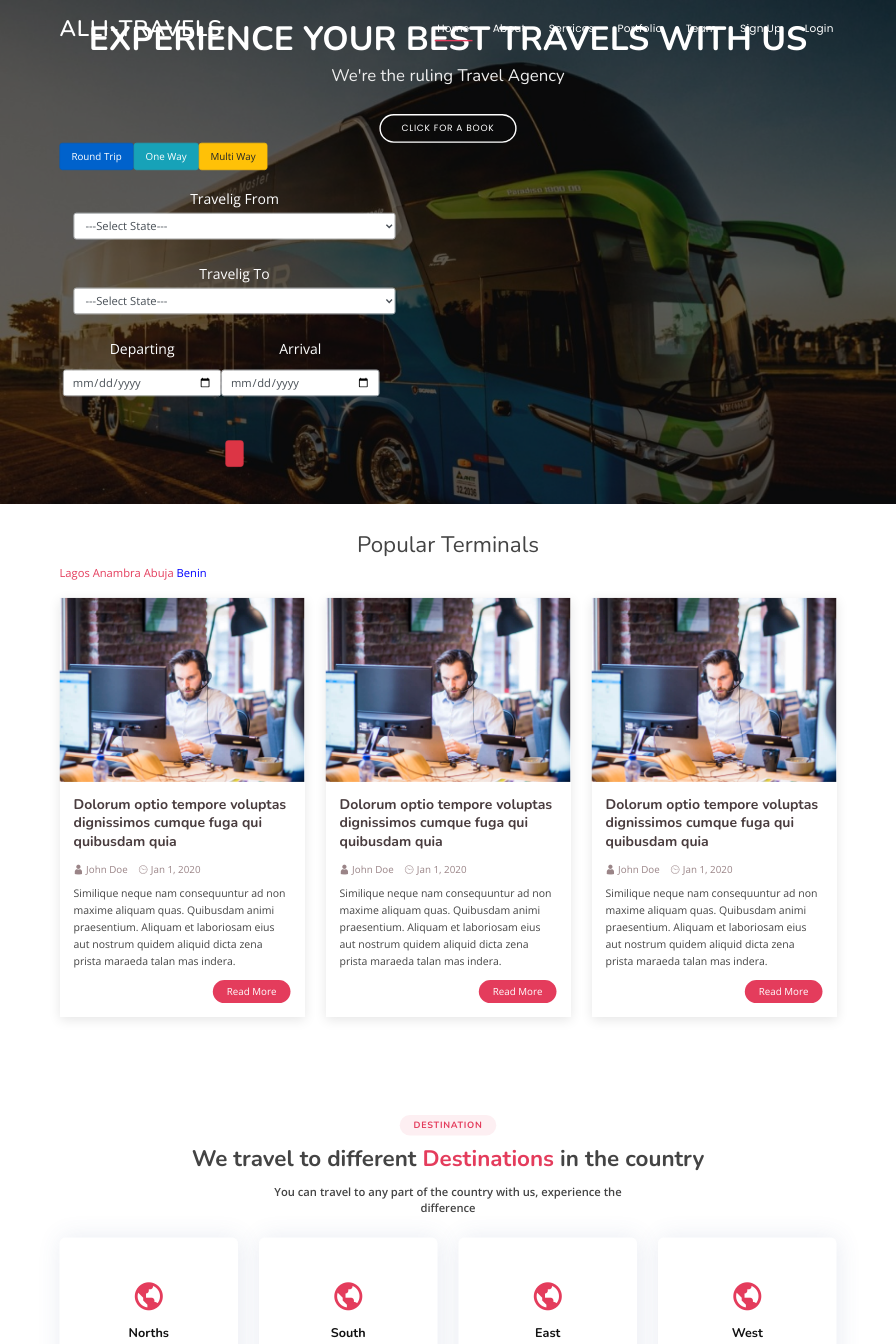
Repository: yazshrilld/Transport_Booking_system
Page: http://localhost/Transport_Project/admin/index.php
An editor plug-in stored every save of this project. The page is shown before and after a run of saves, followed by the edit.
The browser window is 1280 px wide. The pictures show the part of the page from y = 0 to 1920 px (the page is 7328 px tall), at 70% of full size.
Backgrounds fixed to the window are drawn as part of the page. The page is run by PHP 8.4 with error messages shown; the project is at /var/www/html/. The database holds what the project's SQL file puts in it.

Above is the page before, as saved 2021-01-24 02:39:13.

After the next 6 saves:
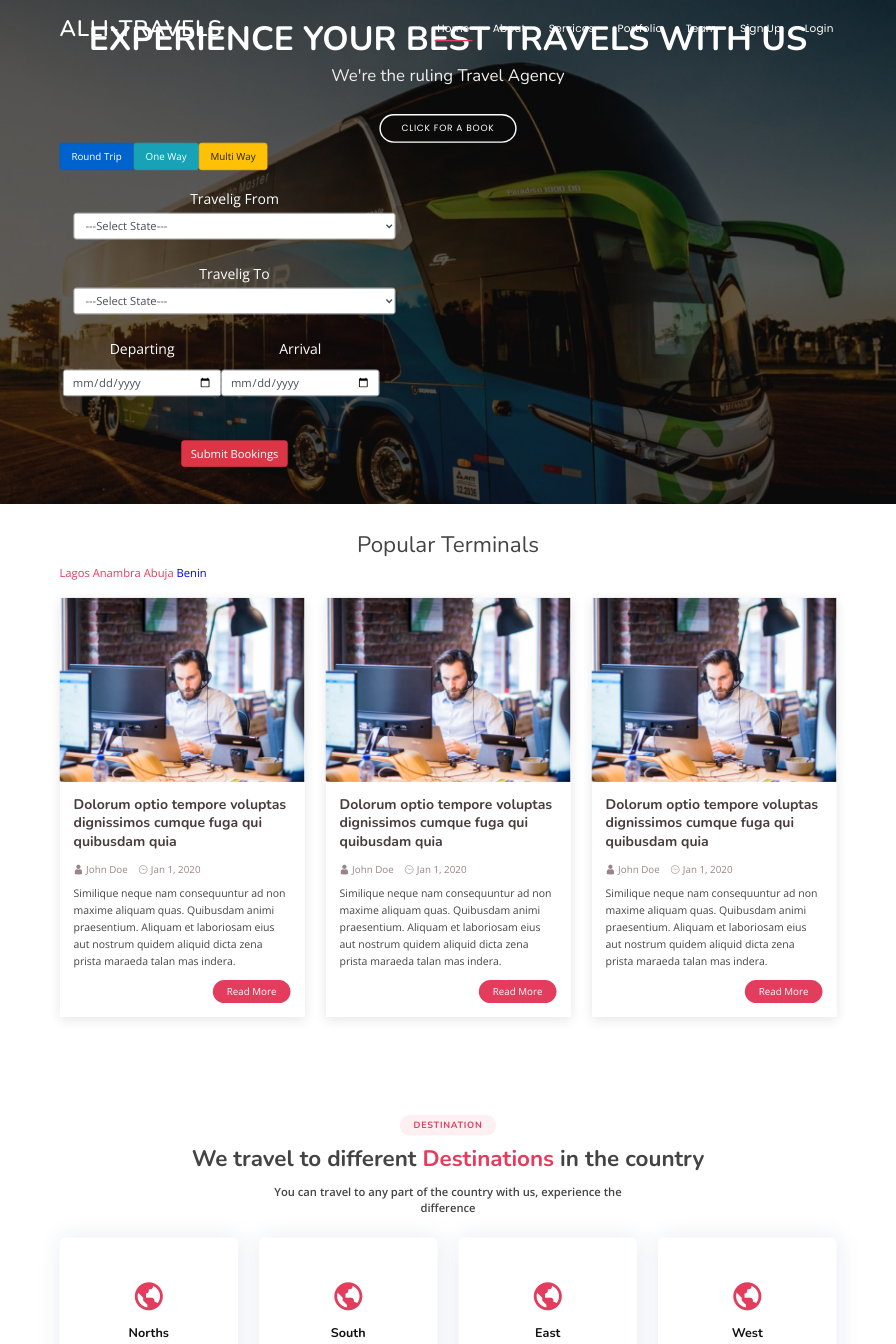
The 6 saves are shown as one change because they came seconds apart.
The last was saved 10 s later.
--- a/admin/home_check.php
+++ b/admin/home_check.php
@@ -31,7 +31,7 @@
 					</div>
                         <input type="hidden" value='view' name='action' class="form-control">
 		            <div class="input-grp"><br>
-		                <input type="submit" value="" class="btn btn-danger">
+		                <input type="submit" value="Submit Bookings" class="btn btn-danger">
 		            </div>
 		    </div>
 		</div>
